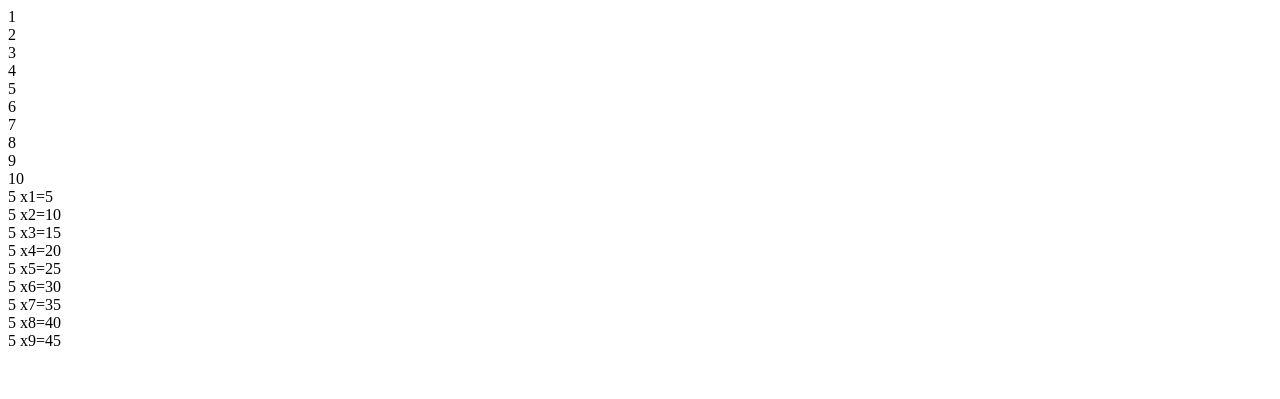
Repository: jeong3/Real_Time_Date
Page: http://localhost/jspGrammar1/Scriptlet.jsp
These files come from the project's save history. The page is drawn as it stood at one moment and after a run of saves; the edit follows.
The browser window is 1280 px wide. The pictures show the whole page.
The page is served by Tomcat 9.

Above is the page before, as saved 2024-08-30 02:20:56.

### eclipse/eclipse-workspace/jspGrammar1/src/main/webapp/Scriptlet.jsp
<%@ page language="java" contentType="text/html; charset=UTF-8"
    pageEncoding="UTF-8"%>
<!DOCTYPE html>
<html>
<head>
<meta charset="UTF-8">
<title>Insert title here</title>
</head>
<body>
<% //scriptlet
	for(int i = 1; i <= 10; i++){
		out.print(i + "<br />");
	}
	for(int gop = 1; gop <= 9; gop++){
		out.print("5 x"+gop + "="+5*gop+"<br />");
	}


%>
</body>
</html>

After the next 2 saves:
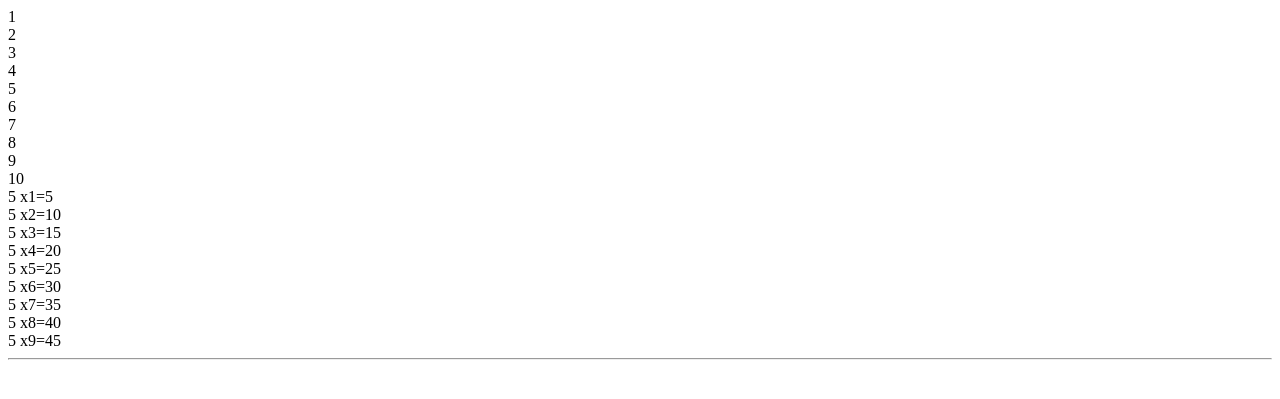
The 2 saves are shown as one change because they came seconds apart.
The last was saved 73 s later.
--- a/eclipse/eclipse-workspace/jspGrammar1/src/main/webapp/Scriptlet.jsp
+++ b/eclipse/eclipse-workspace/jspGrammar1/src/main/webapp/Scriptlet.jsp
@@ -14,8 +14,7 @@
 	for(int gop = 1; gop <= 9; gop++){
 		out.print("5 x"+gop + "="+5*gop+"<br />");
 	}
-
-
+	out.print("<hr />");
 %>
 </body>
 </html>
